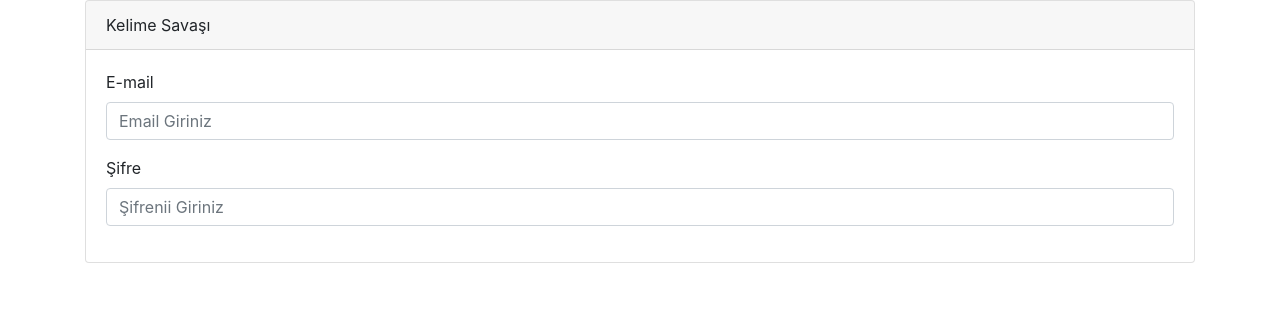
Repository: triapost/kelimeapp
Page: /login
These files come from the project's save history. The page is drawn as it stood at one moment and after a run of saves; the edit follows.
The browser window is 1280 px wide. The pictures show the whole page.
The project was rebuilt for these pictures with package versions that can differ from the ones it lists, and the page was loaded fresh each time. Also part of the build but not shown: src/pages/auth/Register.js, src/pages/home/Home.js.

Above is the page before, as saved 2020-09-15 22:25:36.

After the next 4 saves:
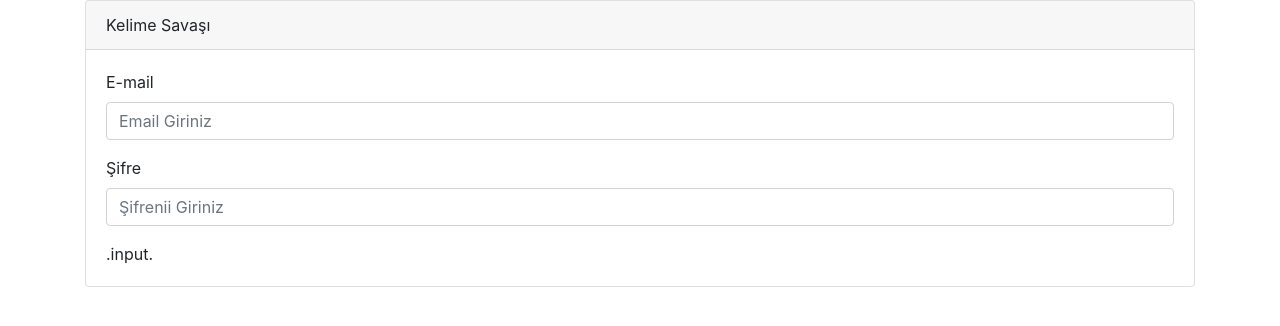
The 4 saves are shown as one change because they came seconds apart.
The last was saved 20 s later.
--- a/src/pages/auth/Login.js
+++ b/src/pages/auth/Login.js
@@ -27,6 +27,7 @@ const Login = () => {
                 required
               />
             </div>
+            .input.
           </form>
         </div>
       </div>
